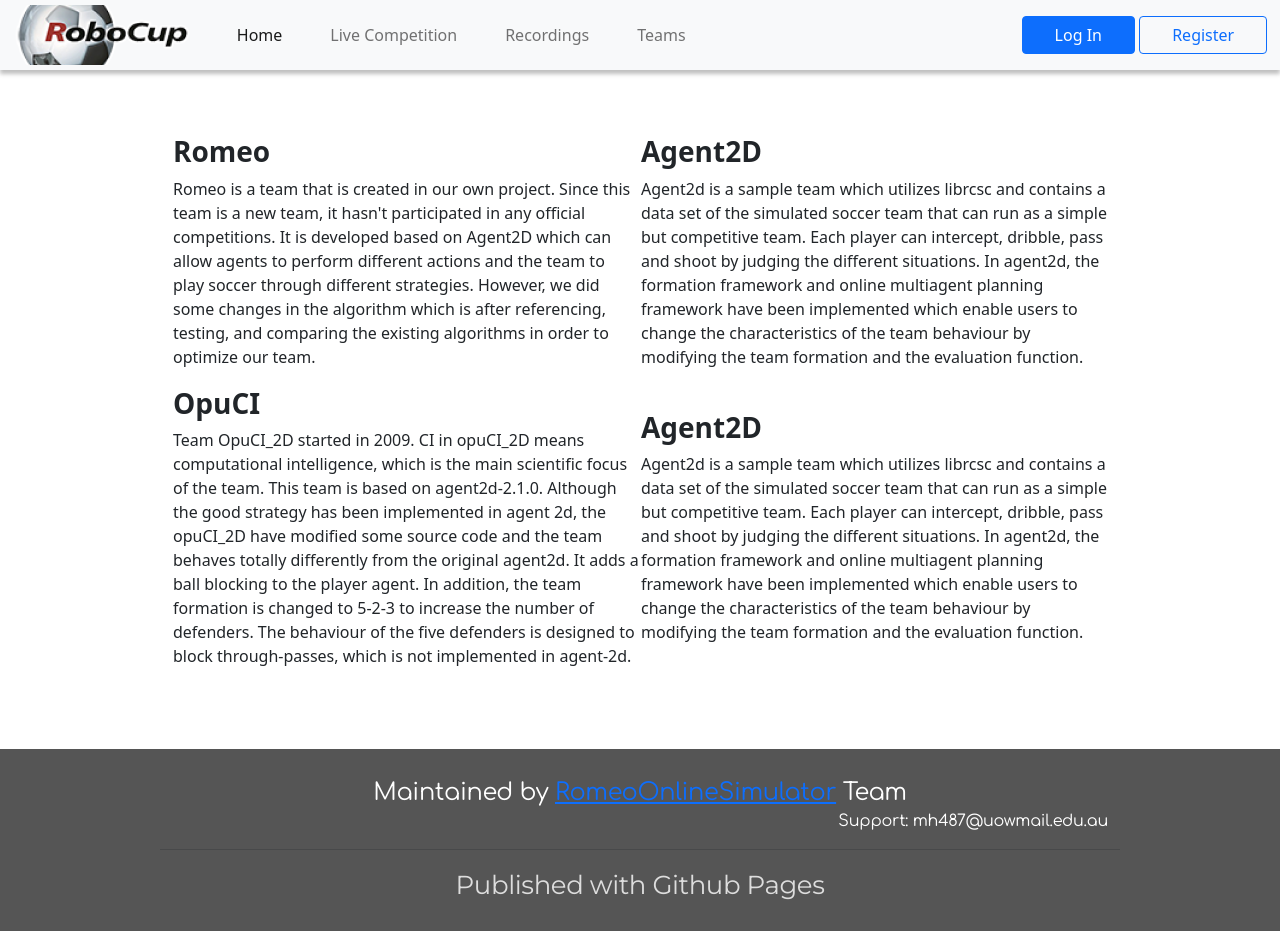
Repository: romeoonlinesim/romeoonlinesim.github.io
Page: teams.html
These files come from the project's save history. The page is drawn as it stood at one moment and after the next save; the edit follows.
The browser window is 1280 px wide. The pictures show the whole page.

Above is the page before, as saved 2021-05-18 20:17:08.

After the next save:
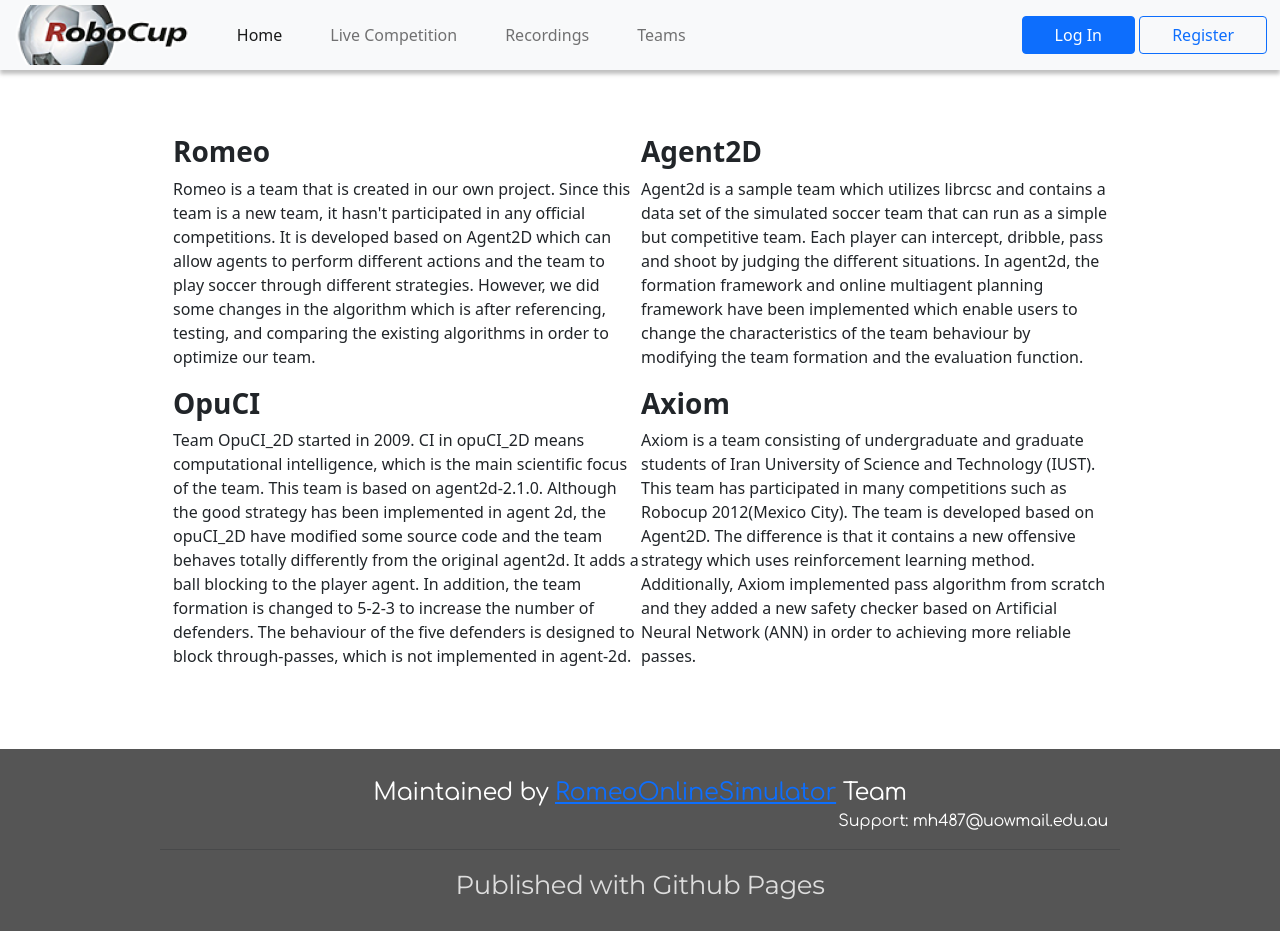
Saved 35 s later.
--- a/teams.html
+++ b/teams.html
@@ -187,8 +187,8 @@
                 </td>
                 <td>
                     <div>
-                        <h3>Agent2D</h3>
-                        <p>Agent2d is a sample team which utilizes librcsc and contains a data set of the simulated soccer team that can run as a simple but competitive team. Each player can intercept, dribble, pass and shoot by judging the different situations. In agent2d, the formation framework and online multiagent planning framework have been implemented which enable users to change the characteristics of the team behaviour by modifying the team formation and the evaluation function.</p>
+                        <h3>Axiom</h3>
+                        <p>Axiom is a team consisting of undergraduate and graduate students of Iran University of Science and Technology (IUST). This team has participated in many competitions such as Robocup 2012(Mexico City). The team is developed based on Agent2D. The difference is that it contains a new offensive strategy which uses reinforcement learning method. Additionally, Axiom implemented pass algorithm from scratch and they added a new safety checker based on Artificial Neural Network (ANN) in order to achieving more reliable passes.</p>
                     </div>
                 </td>
             </tr>
